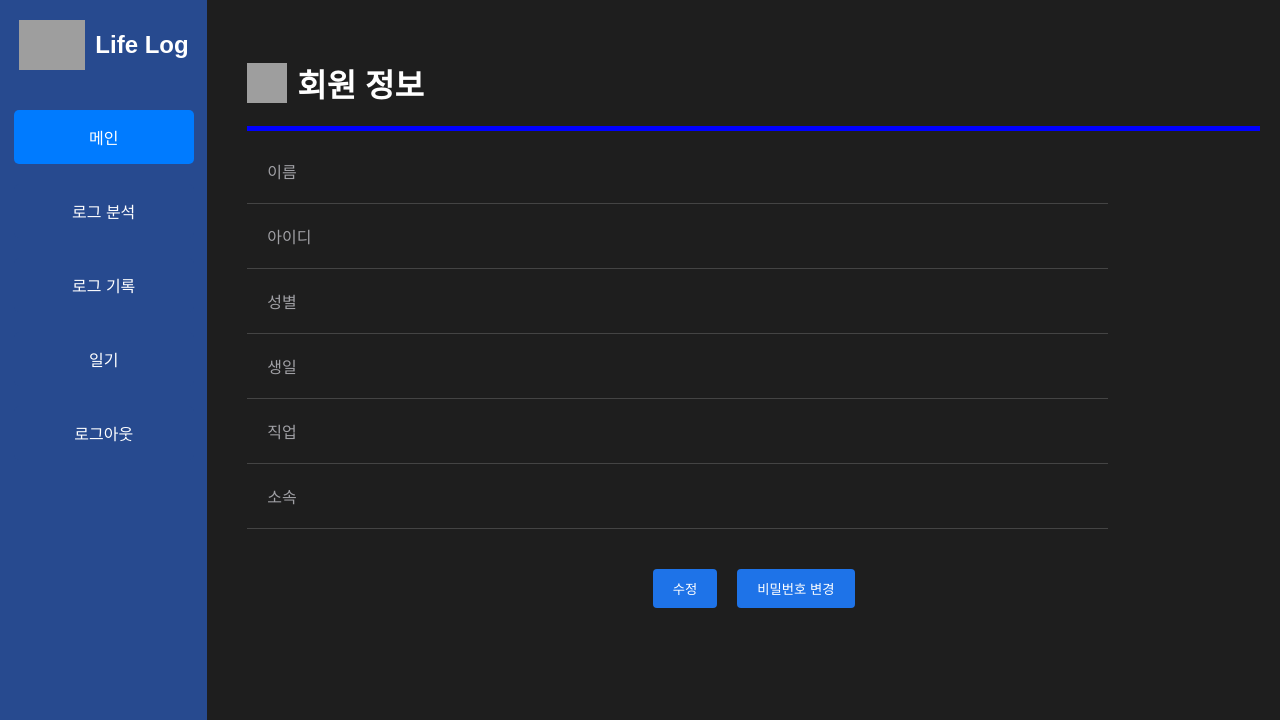
Repository: Hyuk-II/2-2
Page: http://localhost/LifeLog/profile.jsp
These files come from the project's save history. The page is drawn as it stood at one moment and after the next save; the edit follows.
The browser window is 1280 px wide. The pictures show the whole page.
Pictures or frames that could not be fetched are drawn as grey boxes. The page is served by Tomcat 9. The session is filled in as if someone had signed in: {"email": "test@example.com", "name": "Test User"}. Queries for data that is not in the repository find no rows.

Above is the page before, as saved 2024-12-14 11:53:11.

### 웹 프로그래밍/LifeLog/src/main/webapp/profile.jsp
<%@ page language="java" contentType="text/html; charset=UTF-8" pageEncoding="UTF-8"%>
<%@ page import="java.sql.*, javax.servlet.http.*, javax.servlet.*" %>
<!DOCTYPE html>
<html lang="ko">

<head>
    <meta charset="UTF-8">
    <title>Life Log</title>
    <style>
        body {
            font-family: Arial, sans-serif;
            background-color: #1e1e1e;
            color: white;
            margin: 0;
            padding: 0;
            display: flex;
        }

        .container {
            display: flex;
            height: 100vh;
            width: 100%;
        }

        .menu-bar {
            flex: 0.185;
            background-color: #274a8f;
            display: flex;
            flex-direction: column;
            align-items: center;
            padding: 20px 10px;
            gap: 20px;
            height: 100%;
            box-sizing: border-box;
        }

        .menu-item {
            display: flex;
            align-items: center;
            justify-content: center;
            padding: 15px;
            width: 80%;
            color: white;
            text-align: center;
            background-color: #274a8f;
            border-radius: 5px;
            cursor: pointer;
            transition: background-color 0.3s ease;
        }

        .menu-item:hover,
        .menu-item.active {
            background-color: #007bff;
        }

        .logo-container {
            display: flex;
            align-items: center;
            gap: 10px;
            margin-bottom: 20px;
        }

        .logo {
            height: 50px;
            width: auto;
        }

        .logo-text {
            font-size: 24px;
            font-weight: bold;
            color: white;
        }

        .content {
            flex: 1;
            padding: 20px;
            padding-left: 40px;
            margin-top: 40px;
            overflow-y: auto;
            box-sizing: border-box;
        }

        .header {
            display: flex;
            align-items: center;
            margin-bottom: 20px;
        }

        .header img {
            width: 40px;
            height: 40px;
            margin-right: 10px;
        }

        .header h1 {
            text-align: left;
            color: white;
            margin: 0;
        }

        .content hr {
            height: 5px;
            width: 100%;
            border: none;
            background-color: blue;
            margin-top: 0px;
        }

        .info-table {
            width: 85%;
            border-collapse: collapse;
        }

        .info-table tr {
            border-bottom: 1px solid #444;
        }

        .info-table td {
            padding: 20px 20px;
            text-align: left;
        }

        .info-table td:first-child {
            width: 30%;
            color: #a0a0a5;
        }

        .button-container {
            display: flex;
            justify-content: center;
            gap: 20px;
            margin-top: 40px;
        }

        .button {
            background-color: #1e73e8;
            color: white;
            padding: 10px 20px;
            border: none;
            border-radius: 4px;
            cursor: pointer;
        }

        .button:hover {
            background-color: #155bb5;
        }
    </style>
</head>

<body>
    <%

    String userEmail = (String) session.getAttribute("email"); // 세션에서 이메일 값 가져오기

    // 데이터베이스 연결 설정
    String url = "jdbc:mysql://localhost:3306/life_log_db?serverTimezone=UTC";
    String username = "lifelog_admin";
    String password = "q1w2e3r4";
    Connection conn = null;
    PreparedStatement pstmt = null;
    ResultSet rs = null;

    // 사용자 데이터 초기화
    String name = "", id = "", gender = "",  birthday = "", job = "", org = "";

    if (userEmail != null) { // 로그인된 사용자가 있을 경우
        try {
            // 데이터베이스 연결
            Class.forName("com.mysql.cj.jdbc.Driver");
            conn = DriverManager.getConnection(url, username, password);

            // 사용자 데이터를 조회 (세션에서 받은 userEmail로 데이터 조회)
            String sql = "SELECT * FROM users WHERE id = ?";
            pstmt = conn.prepareStatement(sql);
            pstmt.setString(1, userEmail); // 세션에서 가져온 사용자 이메일을 사용
            rs = pstmt.executeQuery();

            if (rs.next()) {
                name = rs.getString("name");
                id = rs.getString("id");
                gender = rs.getString("gender").equals("MALE") ? "남성" : "여성";
                birthday = rs.getString("birthday");
                job = rs.getString("job");
                org = rs.getString("org");
            }
        } catch (Exception e) {
            e.printStackTrace();
        } finally {
            if (rs != null) try { rs.close(); } catch (SQLException e) {}
            if (pstmt != null) try { pstmt.close(); } catch (SQLException e) {}
            if (conn != null) try { conn.close(); } catch (SQLException e) {}
        }
    } else {
        // 세션에 사용자 이메일이 없다면 로그인 페이지로 리다이렉션
        response.sendRedirect("SignIn.jsp");
    }
    %>

    <div class="container">
        <!-- 메뉴바 -->
        <div class="menu-bar">
            <div class="logo-container">
                <img src="./images/Logo.png" alt="Logo" class="logo" />
                <div class="logo-text">Life Log</div>
            </div>
            <div class="menu-item active" data-page="main" onclick="location.href='main.jsp'">메인</div>
            <div class="menu-item" data-page="log-analysis" onclick="location.href='log_analyze.jsp'">로그 분석</div>
            <div class="menu-item" data-page="log-record" onclick="location.href='goal_set.jsp'">로그 기록</div>
            <div class="menu-item" data-page="diary" onclick="location.href='diary.jsp'">일기</div>
            <div class="menu-item place-bottom" onclick="location.href='SignOut.jsp'">로그아웃</div>
        </div>

        <!-- 콘텐츠 -->
        <div class="content">
            <div class="header">
                <img src="<%= request.getContextPath() %>/images/profile-icon.png" alt="Profile Icon">
                <h1>회원 정보</h1>
            </div>
            <hr>
            <table class="info-table">
                <tr>
                    <td>이름</td>
                    <td><%= name %></td>
                </tr>
                <tr>
                    <td>아이디</td>
                    <td><%= id %></td>
                </tr>
                <tr>
                    <td>성별</td>
                    <td><%= gender %></td>
                </tr>
                <tr>
                    <td>생일</td>
                    <td><%= birthday %></td>
                </tr>
                <tr>
                    <td>직업</td>
                    <td><%= job %></td>
                </tr>
                <tr>
                    <td>소속</td>
                    <td><%= org %></td>
                </tr>
            </table>
            <div class="button-container">
                <button class="button" onclick="location.href='<%= request.getContextPath() %>/edit_profile.jsp'">수정</button>
                <button class="button" onclick="location.href='<%= request.getContextPath() %>/change_pwd.jsp'">비밀번호 변경</button>
            </div>
        </div>
    </div>
</body>

</html>

After the next save:
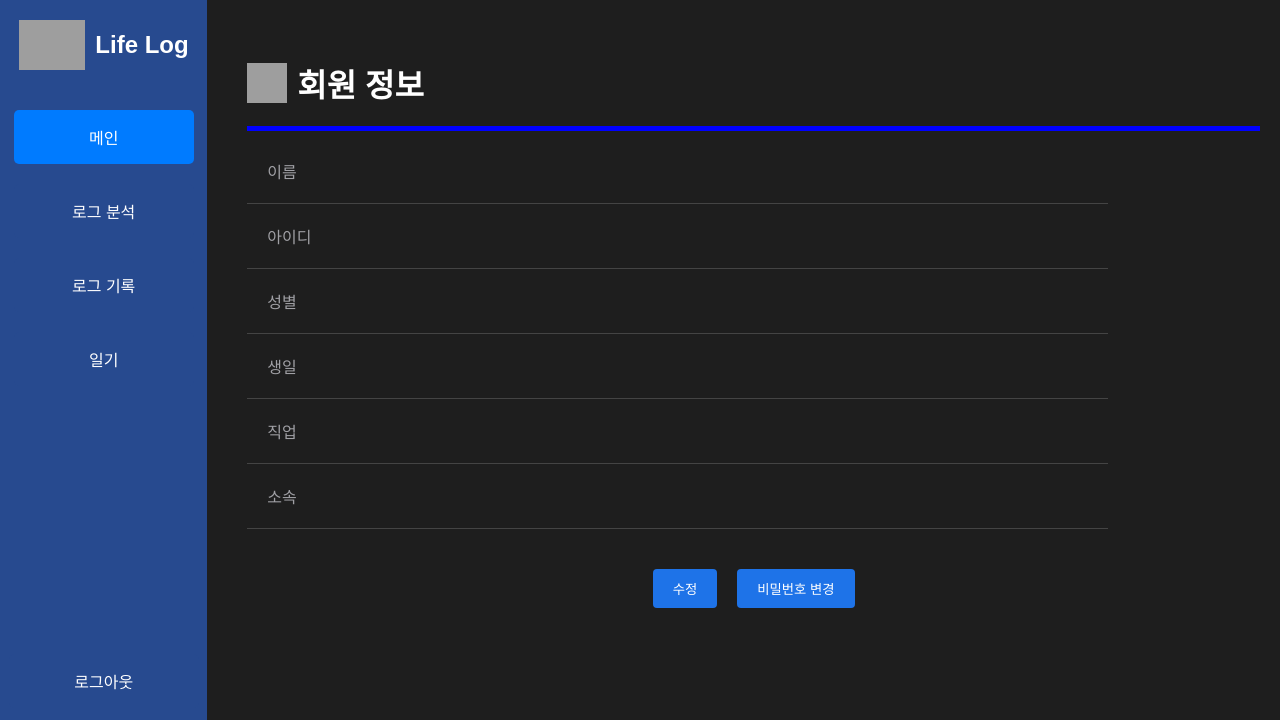
Saved 39 s later.
--- a/웹 프로그래밍/LifeLog/src/main/webapp/profile.jsp
+++ b/웹 프로그래밍/LifeLog/src/main/webapp/profile.jsp
@@ -52,6 +52,12 @@
         .menu-item.active {
             background-color: #007bff;
         }
+
+		.place-bottom{
+      		bottom: 12px;
+      		width: 160px;
+      		position: absolute;
+      	}
 
         .logo-container {
             display: flex;
